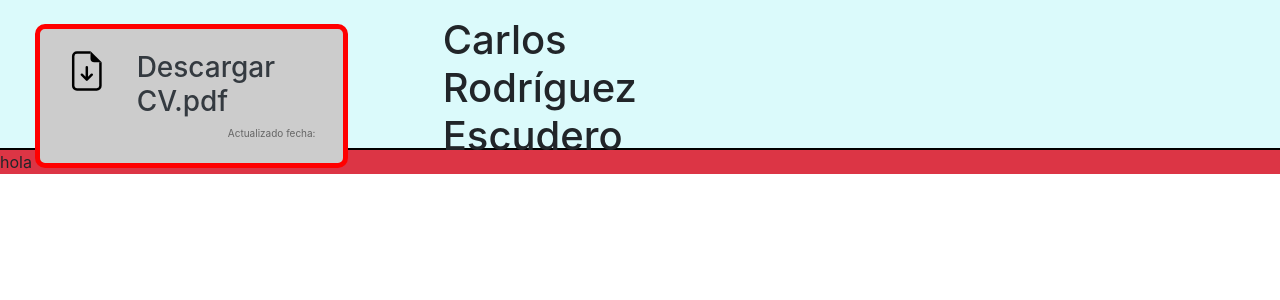
Repository: CarlosRoEs/CarlosWebCV
Page: index.html
An editor plug-in stored every save of this project. The page is shown before and after a run of saves, followed by the edit.
The browser window is 1280 px wide. The pictures show the whole page.
The style sheet was rebuilt from its Sass, Less or Tailwind sources for each picture, by a compiler version that may differ from the author's.

Above is the page before, as saved 2020-09-15 16:11:42.
Console error: ReferenceError: $ is not defined

### index.html
<!DOCTYPE html>
<html lang="es">

<head>
    <meta charset="UTF-8">
    <meta name="viewport" content="width=device-width, initial-scale=1.0">
    <title>Carlos Rodríguez</title>
    <link rel="stylesheet" href="bootstrap/css/bootstrap.min.css">
    <link rel="stylesheet" href="Sass/dist/header.css">
</head>

<body>

    <div class="container-fluid">
        <div id="row-header" class="row">
            <header id="header" class="col-12 d-flex flex-row flex-wrap">
                <button id="header-button" type="button"
                    class="btn btn-secondary col-3 d-flex flex-row flex flex-wrap mt-4" data-toggle="tooltip"
                    data-placement="top" title="Descargar PDF">
                    <svg width="40px" height="40px" viewBox="0 0 16 16" class="bi bi-file-earmark-arrow-down col-3 mt-3"
                        fill="dark" xmlns="http://www.w3.org/2000/svg">
                        <path
                            d="M4 0h5.5v1H4a1 1 0 0 0-1 1v12a1 1 0 0 0 1 1h8a1 1 0 0 0 1-1V4.5h1V14a2 2 0 0 1-2 2H4a2 2 0 0 1-2-2V2a2 2 0 0 1 2-2z" />
                        <path d="M9.5 3V0L14 4.5h-3A1.5 1.5 0 0 1 9.5 3z" />
                        <path fill-rule="evenodd"
                            d="M8 6a.5.5 0 0 1 .5.5v3.793l1.146-1.147a.5.5 0 0 1 .708.708l-2 2a.5.5 0 0 1-.708 0l-2-2a.5.5 0 1 1 .708-.708L7.5 10.293V6.5A.5.5 0 0 1 8 6z" />
                    </svg>
                    <h3 id="h3-header" class="col-9 mt-3 text-left text-dark">Descargar CV.pdf</h3>
                    <p class="col-12 text-right text-black-50">Actualizado fecha:</p>
                    </button>
                    <div class="col-2">
                        <h1 class="mt-3 mr-5 align-items-center">Carlos Rodríguez Escudero</h1>
                    </div>
                </header>
            </div>

        <div class="row bg-danger">
            hola
        </div>

    </div>
    <script>
        $(function () {
            $('[data-toggle="tooltip"]').tooltip()
        })
    </script>

    <script type="text/javascript" src="jquery/jquery-3.5.1.min.js"></script>
    <script type="text/javascript" src="bootstrap/js/bootstrap.min.js"></script>
</body>

</html>

### Sass/header.scss
* {
    margin: 0px;
    padding: 0px;
}


#header {
    height: 150px;
    text-align: center;
    border-bottom: 2px solid black;
    background-color: rgba(175, 244, 247, 0.446);

    h1{
        margin-left: 45%;
    }
}

#header-button {
    margin-left: 20px;
    background-color: #ccc;
    border: 5px solid red;
    border-radius: 10px;
    font-size: 10px;
}

Loaded but not shown: bootstrap/css/bootstrap.min.css (library); jquery/jquery-3.5.1.min.js (library); bootstrap/js/bootstrap.min.js (library)

After the next 3 saves:
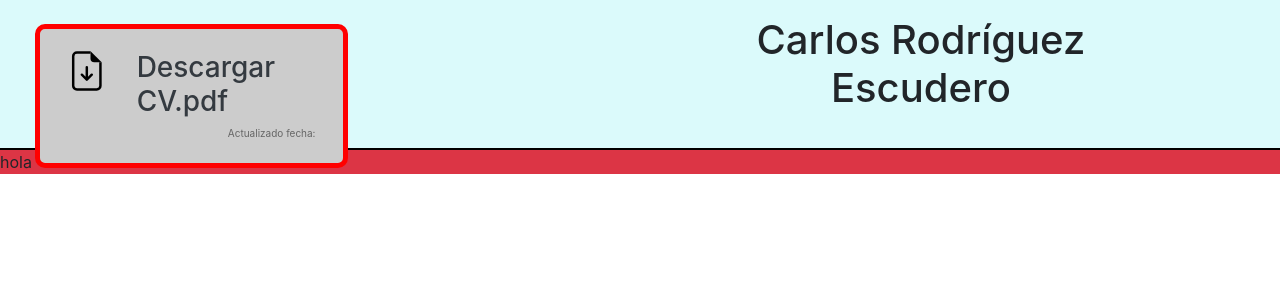
The 3 saves are shown as one change because they came seconds apart.
The last was saved 31 s later.
--- a/index.html
+++ b/index.html
@@ -28,7 +28,7 @@
                     <h3 id="h3-header" class="col-9 mt-3 text-left text-dark">Descargar CV.pdf</h3>
                     <p class="col-12 text-right text-black-50">Actualizado fecha:</p>
                     </button>
-                    <div class="col-2">
+                    <div class="col-8">
                         <h1 class="mt-3 mr-5 align-items-center">Carlos Rodríguez Escudero</h1>
                     </div>
                 </header>
